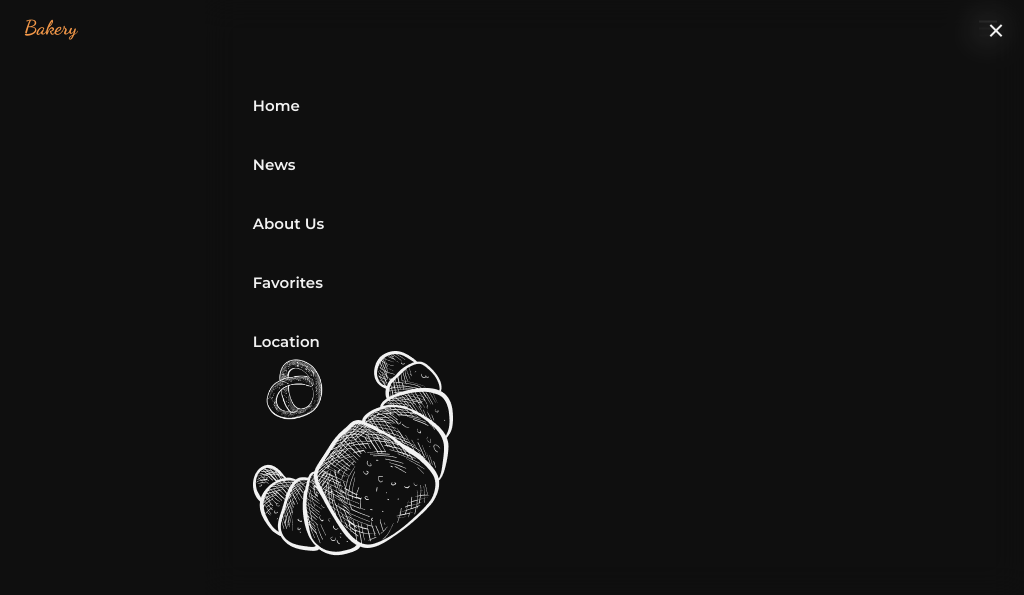
Repository: dinhhaidh/Bakery-web
Page: index.html
These files come from the project's save history. The page is drawn as it stood at one moment and after a run of saves; the edit follows.
The browser window is 1024 px wide. The pictures show the whole page.
Some web libraries are served in a nearby version.

Above is the page before, as saved 2024-01-15 20:07:29.

### index.html
<!DOCTYPE html>
<html lang="en">
  <head>
    <meta charset="UTF-8" />
    <meta name="viewport" content="width=device-width, initial-scale=1.0" />

    <!--=============== FAVICON ===============-->
    <link rel="shortcut icon" href="assets/img/favicon.png" type="image/x-icon"/>
    <!--=============== REMIXICONS ===============-->
    <link rel="stylesheet"  href="https://cdnjs.cloudflare.com/ajax/libs/remixicon/3.7.0/remixicon.css"/>
    <!--=============== CSS ===============-->
    <link rel="stylesheet" href="./css/style.css"/>

    <title>Responsive bakery website - Bedimcode</title>
  </head>
  <body>
    <!--==================== HEADER ====================-->
    <header class="header" id="header">
        <nav class="nav container">
            <a href="#" class="nav__logo">Bakery</a>
            <div class="nav__menu" id="nav-menu">
                <ul class="nav__list">
                    <li class="nav__item">
                        <a href="#home" class="nav__link">Home</a>
                    </li>
                    <li class="nav__item">
                        <a href="#new" class="nav__link">News</a>
                    </li>
                    <li class="nav__item">
                        <a href="#about" class="nav__link">About Us</a>
                    </li>
                    <li class="nav__item">
                        <a href="#favorite" class="nav__link">Favorites</a>
                    </li>
                    <li class="nav__item">
                        <a href="#visit" class="nav__link">Location</a>
                    </li>
                </ul>
                <div class="nav__close" id="nav__close">
                    <i class="ri-close-line"></i>
                </div>

                <img src="./img/bread-4.png" alt="image" class="nav__img-1">
                <img src="./img/bread-1.png" alt="image" class="nav__img-2">
            </div>

            <!-- toggle button -->
            <div class="nav__toggle" id="nav-toggle">
                <i class="ri-menu-line"></i>
            </div>
        </nav>
    </header>

    <!--==================== MAIN ====================-->
    <main class="main">
      <!--==================== HOME ====================-->
      <section class="home section" id="home"></section>

      <!--==================== NEWS ====================-->
      <section class="new section" id="new"></section>

      <!--==================== ABOUT ====================-->
      <section class="about section" id="about"></section>

      <!--==================== FAVORITES ====================-->
      <section class="favorite section" id="favorite"></section>

      <!--==================== VISIT ====================-->
      <section class="visit section" id="visit"></section>
    </main>

    <!--==================== FOOTER ====================-->
    <footer class="footer"></footer>

    <!--========== SCROLL UP ==========-->

    <!--=============== SCROLLREVEAL ===============-->
    <script src="./js/scrollreveal.min.js"></script>

    <!--=============== MAIN JS ===============-->
    <script src="./js/main.js"></script>
  </body>
</html>

### css/style.css
/*=============== GOOGLE FONTS ===============*/
@import url("https://fonts.googleapis.com/css2?family=Dancing+Script:wght@700&family=Montserrat:wght@400;600;700&display=swap");

/*=============== VARIABLES CSS ===============*/
:root {
    --header-height: 3.5rem;

    /*========== Colors ==========*/
    /*Color mode HSL(hue, saturation, lightness)*/
    --first-color: hsl(28, 88%, 62%);
    --first-color-alt: hsl(28, 84%, 58%);
    --title-color: hsl(0, 0%, 95%);
    --text-color: hsl(0, 0%, 75%);
    --text-color-light: hsl(0, 0%, 65%);
    --black-color: hsl(0, 0%, 6%);
    --body-color: hsl(0, 0%, 6%);
    --container-color: hsl(0, 0%, 10%);

    /*========== Font and typography ==========*/
    /*.5rem = 8px | 1rem = 16px ...*/
    --body-font: "Montserrat", sans-serif;
    --second-font: "Dancing Script", cursive;
    --biggest-font-size: 3rem;
    --bigger-font-size: 2rem;
    --h1-font-size: 1.5rem;
    --h2-font-size: 1.25rem;
    --h3-font-size: 1rem;
    --normal-font-size: .938rem;
    --small-font-size: .813rem;

    /*========== Font weight ==========*/
    --font-regular: 400;
    --font-semi-bold: 600;
    --font-bold: 700;

    /*========== z index ==========*/
    --z-tooltip: 10;
    --z-fixed: 100;
}

/*========== Responsive typography ==========*/
@media screen and (min-width: 1150px) {
    :root {
        --biggest-font-size: 5rem;
        --bigger-font-size: 3rem;
        --h1-font-size: 2.25rem;
        --h2-font-size: 1.5rem;
        --h3-font-size: 1.25rem;
        --normal-font-size: 1rem;
        --small-font-size: .875rem;
    }
}

/*=============== BASE ===============*/
* {
    box-sizing: border-box;
    padding: 0;
    margin: 0;
}

html {
    scroll-behavior: smooth;
}

body,
button {
    font-family: var(--body-font);
    font-size: var(--normal-font-size);
}

body {
    background-color: var(--body-color);
    color: var(--text-color);
}

button {
    border: none;
    outline: none;
}

h1,
h2,
h3,
h4 {
    color: var(--title-color);
    font-weight: var(--font-bold);
}

ul {
    list-style: none;
}

a {
    text-decoration: none;
}

img {
    display: block;
    max-width: 100%;
    height: auto;
}

/*=============== REUSABLE CSS CLASSES ===============*/
.container {
    max-width: 1120px;
    margin-inline: 1.5rem;
}

.grid {
    display: grid;
    gap: 1.5rem;
}

.section {
    padding-block: 5rem 1rem;
}

.section__title {
    font-size: var(--bigger-font-size);
    font-family: var(--second-font);
    margin-bottom: 1.5rem;
    text-align: center;
}

.main {
    overflow: hidden;
    /* For animation ScrollReveal */
}

/*=============== HEADER & NAV ===============*/
.header{
    position: fixed;
    width: 100%;
    top: 0;
    left: 0;
    background-color: transparent;
    z-index: var(--z-fixed);
}
.nav{
    position: relative;
    height: var(--header-height);
    display: flex;
    justify-content: space-between;
    align-items: center;
}
.nav__logo{
    color: var(--first-color);
    font-size: var(--h2-font-size);
    font-family: var(--second-font);
    transition: color .4s;
}
.nav__logo:hover{
    color: var(--first-color-alt);
}
.nav__close,
.nav__toggle{
    font-size: 1.5rem;
    color: var(--title-color);
    cursor: pointer;
}

/* Navigation for mobile devices */
@media screen and (max-width: 1150px) {
    .nav__menu{
        position: fixed;
        top: 0;
        right: 0;
        background-color: hsla(0,0%,6%, .2);
        backdrop-filter: blur(16px);
        -webkit-backdrop-filter: blur(16px);
        width: 80%;
        height: 100%;
        padding: 6rem 3rem 0;
        transition: right .4s;
    }
    .nav__list{
        display: flex;
        flex-direction: column;
        row-gap: 2.5rem;
    }
    .nav__link{
        color: var(--title-color);
        font-weight: var(--font-semi-bold);
        transition: color .4s;
    }
    .nav__link:hover{
        color: var(--first-color);
    }
    .nav__close,
    .nav__img-1,
    .nav__img-2{
        position: absolute;
    }
    .nav__close{
        top: 1rem;
        right: 1rem;
    }
    .nav__img-1{
        width: 80px;
        t11
    }
}


/* Show menu */


/* Add blur header */


/* Active link */


/*=============== HOME ===============*/


/*=============== BUTTON ===============*/


/*=============== NEW ===============*/


/*=============== ABOUT ===============*/


/*=============== FAVORITES ===============*/


/*=============== VISIT ===============*/


/*=============== FOOTER ===============*/


/*=============== SCROLL BAR ===============*/


/*=============== SCROLL UP ===============*/


/* Show Scroll Up */


/*=============== BREAKPOINTS ===============*/
/* For small devices */


/* For medium devices */


/* For large devices */

Loaded but not shown: js/scrollreveal.min.js (library); js/main.js (no copy from this time; the picture is the same without it)

After the next 2 saves:
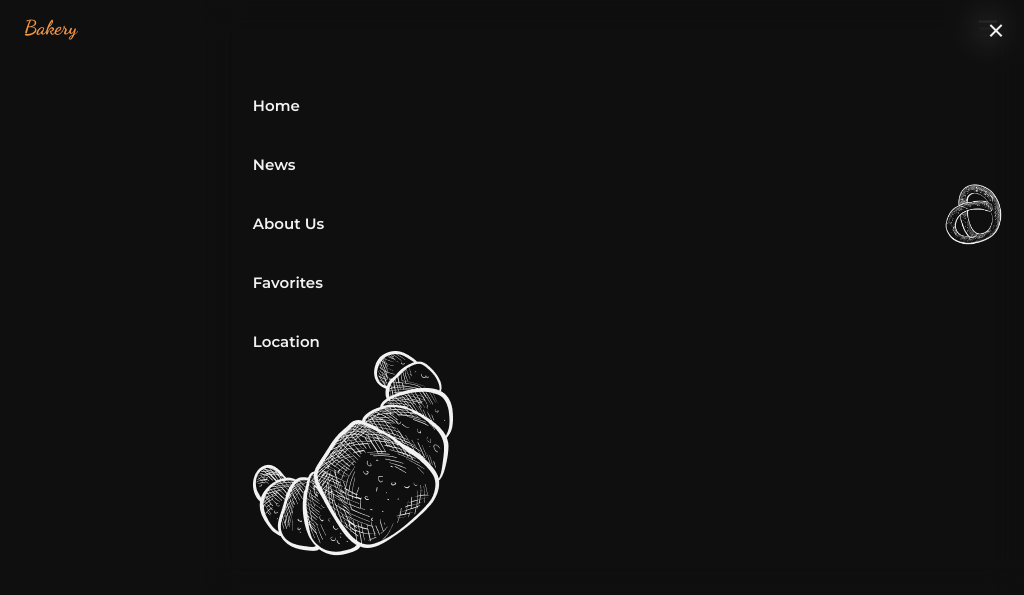
The 2 saves are shown as one change because they came seconds apart.
The last was saved 7 s later.
--- a/css/style.css
+++ b/css/style.css
@@ -197,7 +197,8 @@ img {
     }
     .nav__img-1{
         width: 80px;
-        t11
+        top: 11rem;
+        right: 0.75rem;
     }
 }
 
